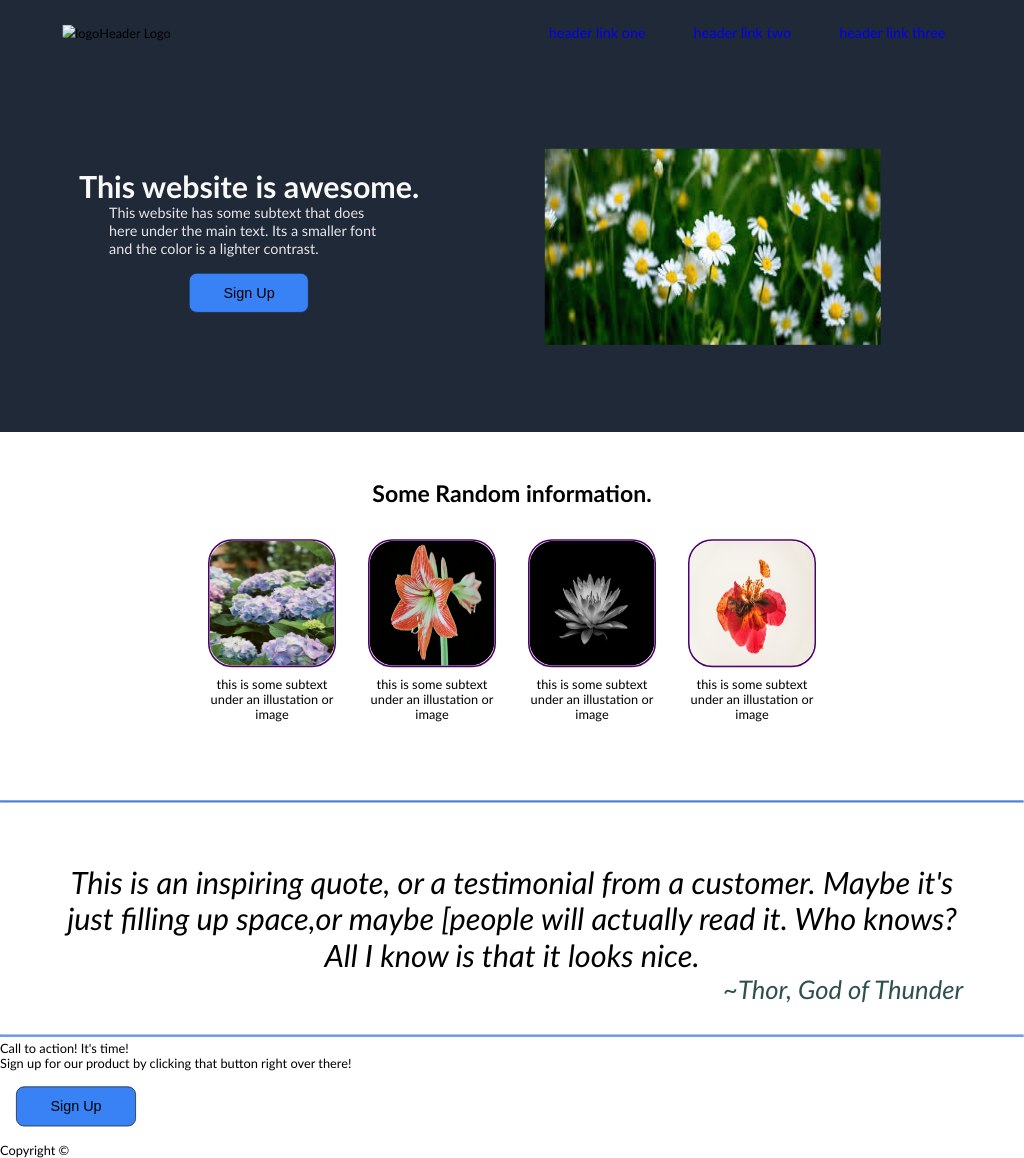
Repository: CassieHardluck/Landing-Page
Page: index.html
An editor plug-in stored every save of this project. The page is shown before and after the next save, followed by the edit.
The browser window is 1280 px wide. The pictures show the whole page, at 80% of full size.
Pictures or frames that could not be fetched are drawn as grey boxes. Some web libraries are served in a nearby version.

Above is the page before, as saved 2024-06-02 07:55:27.

After the next save:
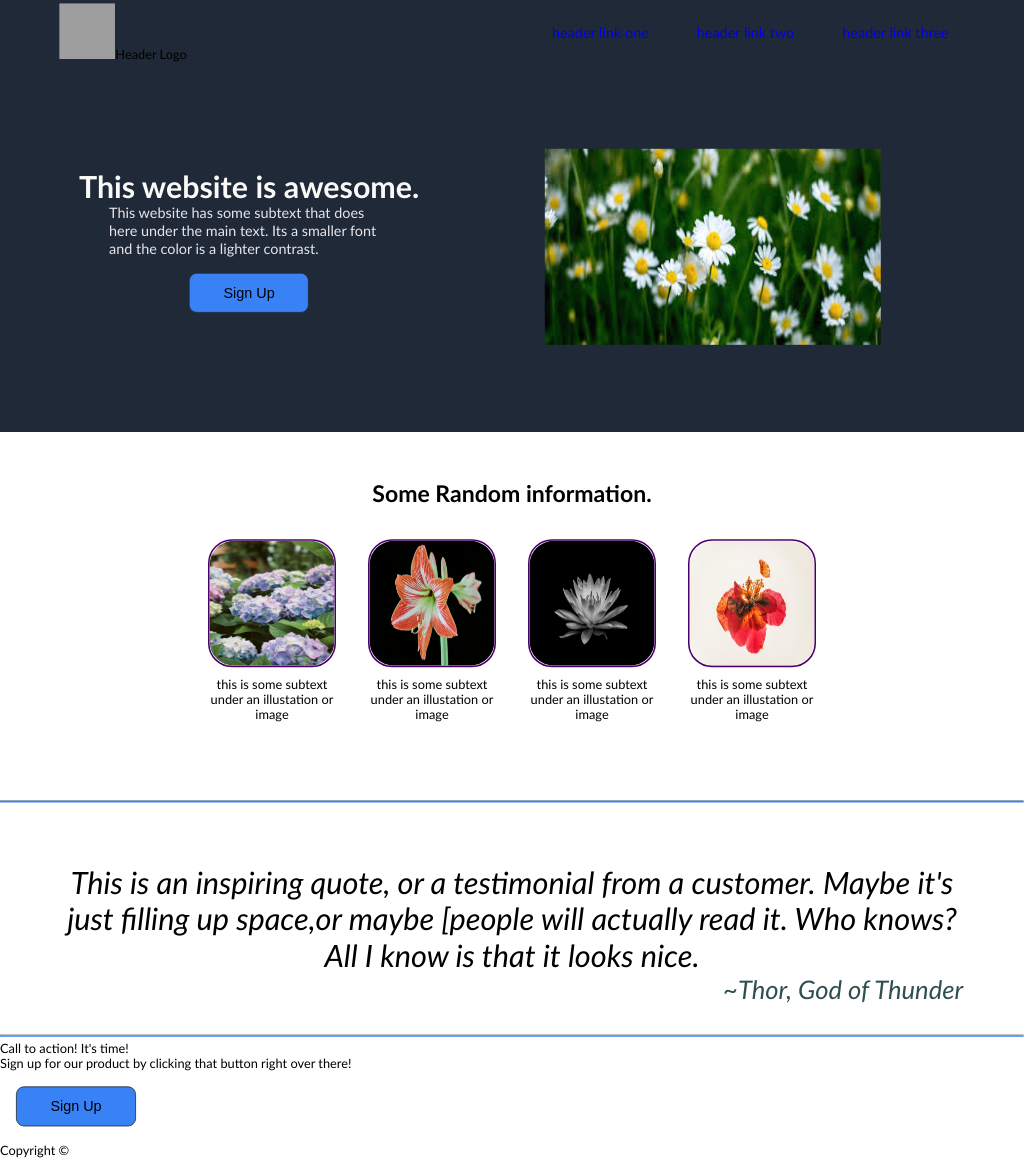
Saved 5 s later.
--- a/index.html
+++ b/index.html
@@ -20,7 +20,7 @@
 
         <!-- logo -->
         <div class="img-div">
-          <img class="logo-img" src="./" alt="logo">Header Logo
+          <img class="logo-img" src="./but" alt="logo">Header Logo
         </div>
 
         <!-- spacer to help my flex items fall into place right -->
